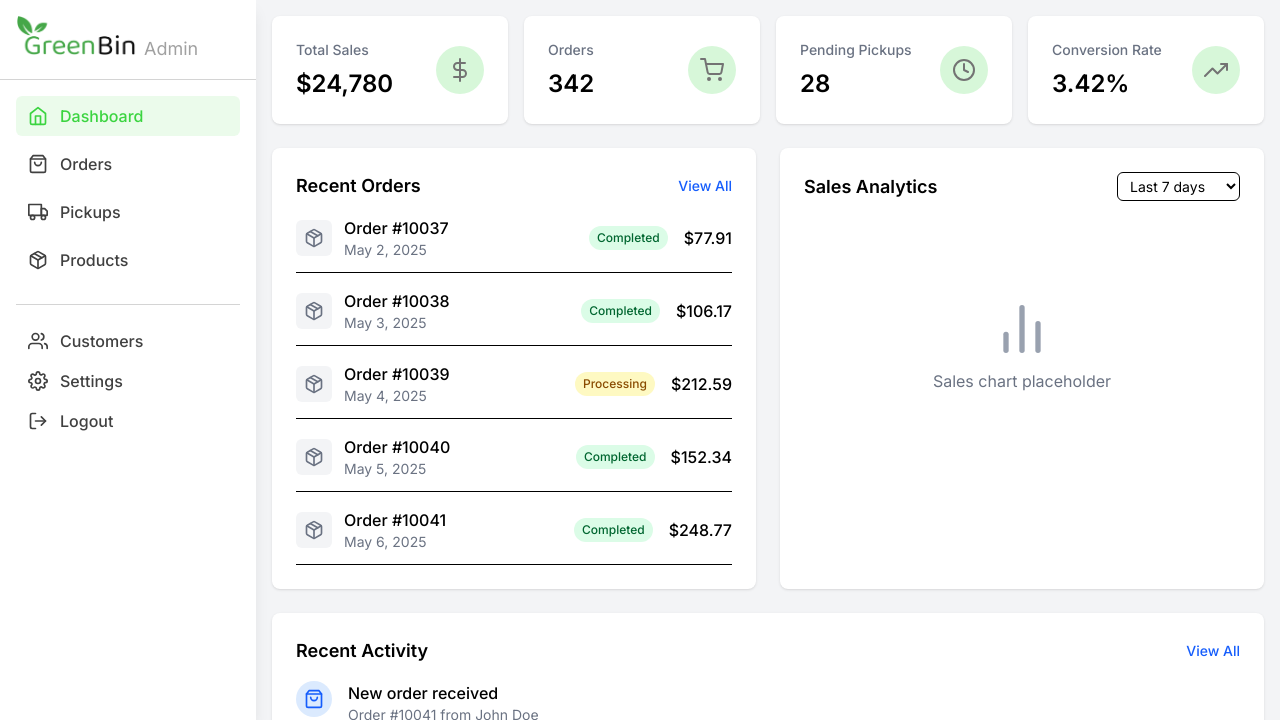
Repository: Siddhu123456/Plastic-Waste-Management
Page: /dashboard (app in frontend/)
An editor plug-in stored every save of this project. The page is shown before and after the next save, followed by the edit.
The browser window is 1280 px wide. The pictures show the whole page.
An inner scrolling area shows only its first screen. The project was rebuilt for these pictures with package versions that can differ from the ones it lists, and the page was loaded fresh each time. Also part of the build but not shown: frontend/vite.config.js, frontend/src/components/ProductCard.jsx, frontend/src/components/TrendingProductsCarousel.jsx, frontend/src/pages/Home.jsx, frontend/src/components/FilterBar.jsx, frontend/src/components/Loader.jsx, frontend/src/pages/customer/Shop.jsx, frontend/src/pages/customer/Recycle.jsx and 22 more. Imported but missing from the stored project, and not drawn on this page: frontend/src/pages/Help, frontend/src/pages/customer/WishList.

Above is the page before, as saved 2025-05-06 21:11:20.

### frontend/src/index.css
@import url('https://fonts.googleapis.com/css2?family=Fugaz+One&family=Montserrat:ital@0;1&display=swap');
@import url('https://fonts.googleapis.com/css2?family=Inter:ital,opsz,wght@0,14..32,100..900;1,14..32,100..900&display=swap');
@import "tailwindcss";


@custom-variant dark (&:where(.dark, .dark *));


@theme{
  --color-ow : #f5f5f5;
  --color-dbg : #000803;
  --color-dsc : #1e221f;
  --color-dtc : #313532;
  --color-lgg : #3bd440;
  --color-tc : #1e1e1e;
  --color-lgd : #2aa12e;
  --color-bl: #1D2A35;
  --color-lg-trans : rgba(69, 167, 72, 0.3);
}

@layer components {
  .pri-btn {
    @apply text-white cursor-pointer text-center rounded-lg bg-lgg hover:bg-lgd transition duration-300
  }
  .white-btn {
    @apply text-lgg cursor-pointer text-center rounded-2xl bg-ow transition duration-300
  }
  .trans-btn{
    @apply border text-center rounded-2xl cursor-pointer border-lgg text-lgg hover:bg-lgg hover:text-white transition
  }

  .white-trans-btn{
    @apply border text-center rounded-2xl cursor-pointer border-white text-white transition duration-300
  }
}

@layer utilities{
  .no-scrollbar::-webkit-scrollbar {
    display: none;
}
.no-scrollbar {
    -ms-overflow-style: none;
    scrollbar-width: none;
}
}

:root{
  font-family: "Inter", sans-serif;
  background-color: #f5f5f5;
  box-sizing: border-box;
  overflow-x: hidden;
}


input[type='range'] {
  pointer-events: all;
  height: 0;
}

input[type='range']::-webkit-slider-thumb {
  appearance: none;
  height: 16px;
  width: 16px;
  background: #22c55e;
  border-radius: 9999px;
  cursor: pointer;
  border: none;
}

input[type='range']::-moz-range-thumb {
  height: 16px;
  width: 16px;
  background: #22c55e;
  border-radius: 9999px;
  cursor: pointer;
  border: none;
}

### frontend/src/App.jsx
import { CartProvider } from './components/CartContext.jsx';
import AppRoutes from './routes/AppRoutes.jsx'


const App = () => (
    <CartProvider>
        <AppRoutes />
    </CartProvider>
)

export default App;

### frontend/src/components/CartContext.jsx
import { createContext, useContext, useState } from "react";

const CartContext = createContext();

export const CartProvider = ({ children }) => {
  const [cartCount, setCartCount] = useState(0);

  return (
    <CartContext.Provider value={{ cartCount, setCartCount }}>
      {children}
    </CartContext.Provider>
  );
};

export const useCart = () => useContext(CartContext);

### frontend/src/routes/AppRoutes.jsx
import { BrowserRouter as Router, Routes, Route } from 'react-router-dom'

import Home from '../pages/Home'
import Help from '../pages/Help'
import Shop from '../pages/customer/Shop'
import Recycle from '../pages/customer/Recycle'
import Cart from '../pages/customer/Cart'
import WishList from '../pages/customer/WishList'
import ProductOverview from '../pages/customer/ProductOverview'
import ScrollToTop from './ScrollToTop'
import Layout from '../components/Layout'
import Wallet from '../pages/customer/Wallet'
import OrderHistory from '../pages/customer/OrderHistory'
import OrderSummary from '../pages/customer/OrderSummary'
import PickupHistory from '../pages/customer/PickupHistory'
import CustomerProfile from '../pages/customer/CustomerProfile'
import ProductForm from '../pages/admin/ProductForm'
import Dashboard from '../pages/admin/Dashboard'
import Orders from '../pages/admin/Orders'
import AdminLayout from '../pages/admin/AdminLayout'

const AppRoutes = () => {
  return (
    <Router>
      <ScrollToTop />
      <Routes>
        {/* Routes using main Layout */}
        <Route element={<Layout />}>
          <Route path='/' element={<Home />} />
          <Route path='/recycle' element={<Recycle />} />
          <Route path='/shop' element={<Shop />} />
          <Route path='/help' element={<Help />} />
          <Route path='/cart' element={<Cart />} />
          <Route path='/favorites' element={<WishList />} />
          <Route path='/wallet' element={<Wallet />} />
          <Route path='/product/:id' element={<ProductOverview />} />
          <Route path='/orders' element={<OrderHistory />} />
          <Route path='/orders/:id' element={<OrderSummary />} />
          <Route path='/pickups' element={<PickupHistory />} />
          <Route path='/cprofile' element={<CustomerProfile />} />
          <Route path='/pform' element={<ProductForm />} />
        </Route>

        <Route element={<AdminLayout />}>
          <Route path='/dashboard' element={<Dashboard />} />
          <Route path='/allorders' element={<Orders />} />
        </Route>

      </Routes>
    </Router>
  )
}

export default AppRoutes

### frontend/src/routes/ScrollToTop.jsx
import { useEffect } from "react";
import { useLocation } from "react-router-dom";

const ScrollToTop = () => {
    const {pathname} = useLocation()
    useEffect(() => {
        window.scrollTo(0,0)
    },[pathname])

    return null
}

export default ScrollToTop;

### frontend/src/pages/admin/Dashboard.jsx
import {
    FiDollarSign,
    FiShoppingCart,
    FiClock,
    FiTrendingUp,
    FiBarChart2,
    FiPackage,
    FiShoppingBag,
    FiCheckCircle,
    FiTruck,
    FiXCircle
  } from 'react-icons/fi';

  import StatCard from '../../components/StatCard';
  import ActivityItem from '../../components/ActivityItem';

  const Dashboard = () => {
    return (
      <div className="space-y-6">
        {/* Stats Cards */}
        <div className="grid grid-cols-1 sm:grid-cols-2 lg:grid-cols-4 gap-4">
          <StatCard
            title="Total Sales"
            value="$24,780"
            change="+12.5%"
            icon={<FiDollarSign className="h-6 w-6" />}
            positive
          />
          <StatCard
            title="Orders"
            value="342"
            change="+8.1%"
            icon={<FiShoppingCart className="h-6 w-6" />}
            positive
          />
          <StatCard
            title="Pending Pickups"
            value="28"
            change="-3.4%"
            icon={<FiClock className="h-6 w-6" />}
            positive={false}
          />
          <StatCard
            title="Conversion Rate"
            value="3.42%"
            change="+2.3%"
            icon={<FiTrendingUp className="h-6 w-6" />}
            positive
          />
        </div>

        {/* Recent Orders and Sales Chart */}
        <div className="grid grid-cols-1 lg:grid-cols-2 gap-6">
          <div className="bg-white rounded-lg shadow p-6">
            <div className="flex justify-between items-center mb-4">
              <h3 className="text-lg font-semibold">Recent Orders</h3>
              <button className="text-blue-600 text-sm font-medium">View All</button>
            </div>
            <div className="space-y-4">
              {/* Order Items */}
              {[1, 2, 3, 4, 5].map((order) => (
                <div key={order} className="flex justify-between items-center border-b pb-3">
                  <div className="flex items-center">
                    <div className="rounded-md bg-gray-100 p-2">
                      <FiPackage className="h-5 w-5 text-gray-500" />
                    </div>
                    <div className="ml-3">
                      <p className="font-medium">Order #{10036 + order}</p>
                      <p className="text-sm text-gray-500">May {order + 1}, 2025</p>
                    </div>
                  </div>
                  <div className="flex items-center">
                    <span className={`px-2 py-1 rounded-full text-xs font-medium ${
                      order % 3 === 0 ? 'bg-yellow-100 text-yellow-800' : 'bg-green-100 text-green-800'
                    }`}>
                      {order % 3 === 0 ? 'Processing' : 'Completed'}
                    </span>
                    <span className="ml-4 font-medium">${(Math.random() * 200 + 50).toFixed(2)}</span>
                  </div>
                </div>
              ))}
            </div>
          </div>

          <div className="bg-white rounded-lg shadow p-6">
            <div className="flex justify-between items-center mb-4">
              <h3 className="text-lg font-semibold">Sales Analytics</h3>
              <select className="text-sm border rounded-md px-2 py-1">
                <option>Last 7 days</option>
                <option>Last 30 days</option>
                <option>Last 90 days</option>
              </select>
            </div>
            <div className="h-64 flex items-center justify-center">
              <div className="text-center">
                <FiBarChart2 className="h-16 w-16 mx-auto text-gray-400" />
                <p className="mt-2 text-gray-500">Sales chart placeholder</p>
              </div>
            </div>
          </div>
        </div>

        {/* Recent Activity */}
        <div className="bg-white rounded-lg shadow p-6">
          <div className="flex justify-between items-center mb-4">
            <h3 className="text-lg font-semibold">Recent Activity</h3>
            <button className="text-blue-600 text-sm font-medium">View All</button>
          </div>
          <div className="space-y-4">
            <ActivityItem
              icon={<FiShoppingBag className="h-5 w-5" />}
              title="New order received"
              description="Order #10041 from John Doe"
              time="5 minutes ago"
            />
            <ActivityItem
              icon={<FiCheckCircle className="h-5 w-5" />}
              title="Order completed"
              description="Order #10038 has been delivered"
              time="2 hours ago"
            />
            <ActivityItem
              icon={<FiTruck className="h-5 w-5" />}
              title="Pickup scheduled"
              description="Order #10039 ready for pickup at 5:00 PM"
              time="3 hours ago"
            />
            <ActivityItem
              icon={<FiXCircle className="h-5 w-5" />}
              title="Order cancelled"
              description="Order #10036 has been cancelled"
              time="5 hours ago"
            />
          </div>
        </div>
      </div>
    );
  };

  export default Dashboard;

### frontend/src/pages/admin/AdminLayout.jsx
import React, { useState } from "react";
import { FiMenu } from "react-icons/fi";
import Sidebar from "../../components/Sidebar";
import { Outlet } from "react-router-dom";
import LogoGBB from '../../assets/images/logoGBB.png'


const AdminLayout = () => {
  const [sidebarOpen, setSidebarOpen] = useState(false);
  const [activePage, setActivePage] = useState('dashboard');

  const toggleSidebar = () => {
    setSidebarOpen(!sidebarOpen);
  };

  return (
    <div className="flex h-screen bg-gray-100 dark:bg-dsc">
      {/* Sidebar */}
      <Sidebar
        activePage={activePage}
        setActivePage={setActivePage}
        sidebarOpen={sidebarOpen}
        toggleSidebar={toggleSidebar}
      />

      {/* Main Content */}
      <div className="flex flex-col flex-1 xl:ml-64">
        {/* Top bar with menu toggle */}
        <header className="bg-white shadow-sm z-10 xl:hidden">
          <div className="px-4 py-1 flex items-center gap-4">
            <button
              onClick={toggleSidebar}
              className="mr-2 text-gray-600 focus:outline-none"
            >
              <FiMenu className="h-6 w-6" />
            </button>
            <div className=" flex items-baseline gap-2">
              <img className="w-30" src={LogoGBB} alt="GreenBin" />
              <p className="text-lg text-neutral-400">Admin</p>
            </div>
          </div>
        </header>

        {/* Page content */}
        <main className="flex-1 p-4 overflow-auto">
          <Outlet />
        </main>
      </div>

      {/* Overlay to close sidebar on mobile */}
      {sidebarOpen && (
        <div
          className="fixed inset-0 bg-black/50 z-40 xl:hidden"
          onClick={toggleSidebar}
        />
      )}
    </div>
  );
};

export default AdminLayout;

### frontend/src/components/StatCard.jsx
const StatCard = ({ title, value, icon }) => {
    return (
      <div className="bg-white rounded-lg shadow p-6">
        <div className="flex items-center justify-between">
          <div>
            <p className="text-sm font-medium text-gray-500">{title}</p>
            <p className="text-2xl font-semibold mt-2">{value}</p>
          </div>
          <div className="p-3 rounded-full text-neutral-500 bg-lgg/20">
            {icon}
          </div>
        </div>
      </div>
    );
  };

  export default StatCard;

### frontend/src/components/ActivityItem.jsx
const ActivityItem = ({ icon, title, description, time }) => {
    return (
      <div className="flex">
        <div className="mr-4">
          <div className="p-2 rounded-full bg-blue-100 text-blue-600">
            {icon}
          </div>
        </div>
        <div>
          <div className="font-medium">{title}</div>
          <div className="text-sm text-gray-500">{description}</div>
          <div className="text-xs text-gray-400 mt-1">{time}</div>
        </div>
      </div>
    );
  };

  export default ActivityItem;

### frontend/src/components/Sidebar.jsx
import {
  FiHome,
  FiShoppingBag,
  FiTruck,
  FiPackage,
  FiUsers,
  FiSettings,
  FiLogOut,
  FiX
} from 'react-icons/fi';
import LogoGBB from '../assets/images/logoGBB.png'
import SidebarItem from './SidebarItem';

const Sidebar = ({ activePage, setActivePage, sidebarOpen, toggleSidebar }) => {
  return (
    <div className={`fixed inset-y-0 left-0 top-0 z-50 w-64 bg-white shadow-lg transform transition-transform duration-200 xl:translate-x-0 ${sidebarOpen ? 'translate-x-0' : '-translate-x-full'}`}>
      <div className="flex items-center justify-between p-4 border-b border-neutral-300">
        <div className=" flex items-baseline gap-2">
          <img className="w-30" src={LogoGBB} alt="GreenBin" />
          <p className="text-lg text-neutral-400">Admin</p>
        </div>
        <button onClick={toggleSidebar} className="p-2 rounded-md xl:hidden">
          <FiX className="h-6 w-6" />
        </button>
      </div>
      <div className="p-4">
        <nav className="flex flex-col gap-2">
          <SidebarItem
            icon={<FiHome className="h-5 w-5" />}
            title="Dashboard"
            val="dashboard"
            active={activePage === 'dashboard'}
            onClick={() => setActivePage('dashboard')}
          />
          <SidebarItem
            icon={<FiShoppingBag className="h-5 w-5" />}
            title="Orders"
            val="allorders"
            active={activePage === 'orders'}
            onClick={() => setActivePage('orders')}
          />
          <SidebarItem
            icon={<FiTruck className="h-5 w-5" />}
            title="Pickups"
            active={activePage === 'pickups'}
            onClick={() => setActivePage('pickups')}
          />
          <SidebarItem
            icon={<FiPackage className="h-5 w-5" />}
            title="Products"
            active={activePage === 'products'}
            onClick={() => setActivePage('products')}
          />
          <div className="pt-4 mt-4 border-t border-neutral-300">
            <SidebarItem
              icon={<FiUsers className="h-5 w-5" />}
              title="Customers"
              active={activePage === 'customers'}
              onClick={() => setActivePage('customers')}
            />
            <SidebarItem
              icon={<FiSettings className="h-5 w-5" />}
              title="Settings"
              active={activePage === 'settings'}
              onClick={() => setActivePage('settings')}
            />
            <SidebarItem
              icon={<FiLogOut className="h-5 w-5" />}
              title="Logout"
              active={false}
            />
          </div>
        </nav>
      </div>
    </div>
  );
};

export default Sidebar;

### frontend/src/components/SidebarItem.jsx
import { Link } from "react-router-dom";

const SidebarItem = ({ icon, title,val, active, onClick }) => {
    return (
    <Link to={`/${val}`}>
          <button
        onClick={onClick}
        className={`flex items-center w-full px-3 py-2 rounded-md transition-colors cursor-pointer ${
          active ? 'bg-lgg/10 text-lgg' : 'text-neutral-700 hover:bg-lgg/10'
        }`}
      >
        <span className="mr-3">{icon}</span>
        <span className="font-medium">{title}</span>
      </button>
    </Link>
    )
  }

  export default SidebarItem;

Loaded but not shown: frontend/index.html (common file); frontend/src/main.jsx (common file)

After the next save:
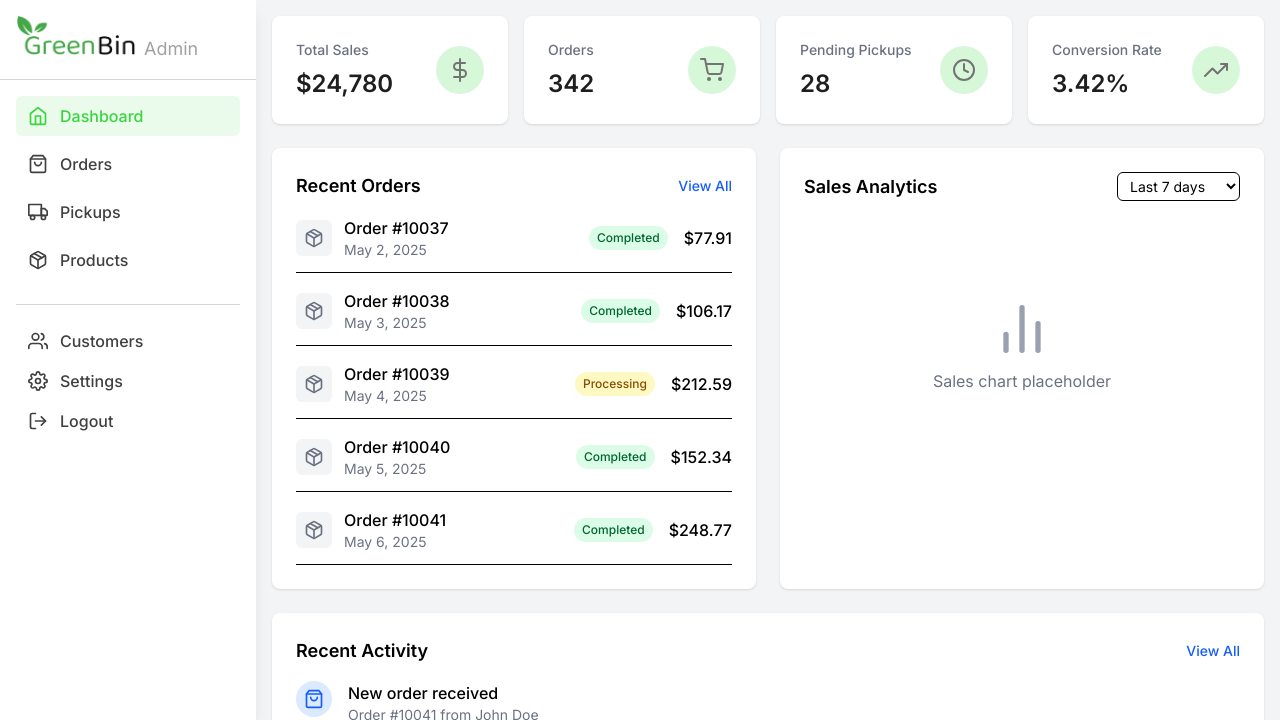
Saved 15 s later.
--- a/frontend/src/components/StatCard.jsx
+++ b/frontend/src/components/StatCard.jsx
@@ -4,7 +4,7 @@ const StatCard = ({ title, value, icon }) => {
         <div className="flex items-center justify-between">
           <div>
             <p className="text-sm font-medium text-gray-500">{title}</p>
-            <p className="text-2xl font-semibold mt-2">{value}</p>
+            <p className="text-2xl text-tc font-semibold mt-2">{value}</p>
           </div>
           <div className="p-3 rounded-full text-neutral-500 bg-lgg/20">
             {icon}
